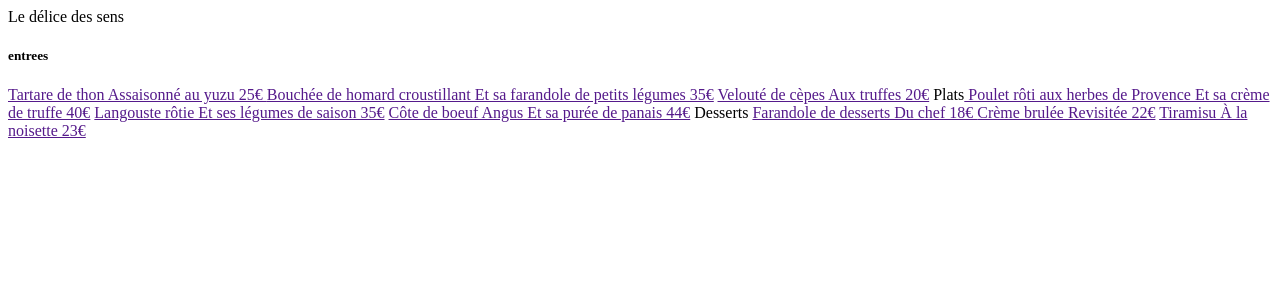
Repository: lysianebo/OHMYFOOD
Page: La_note_enchantée.html
An editor plug-in stored every save of this project. The page is shown before and after the next save, followed by the edit.
The browser window is 1280 px wide. The pictures show the whole page.

Above is the page before, as saved 2022-10-22 13:08:43.

After the next save:
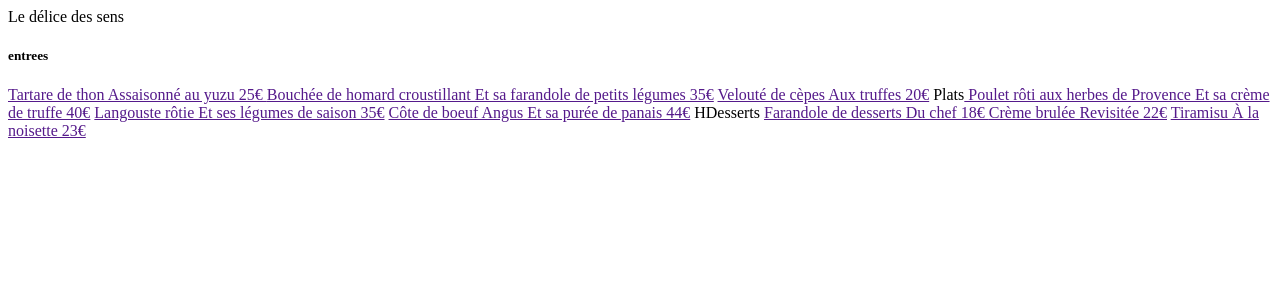
Saved 16 s later.
--- a/La_note_enchantée.html
+++ b/La_note_enchantée.html
@@ -35,7 +35,7 @@
 Et sa purée de panais
 44€</a>
 
-Desserts
+HDesserts
 <a href="" class="btn grey">Farandole de desserts
 Du chef
 18€
